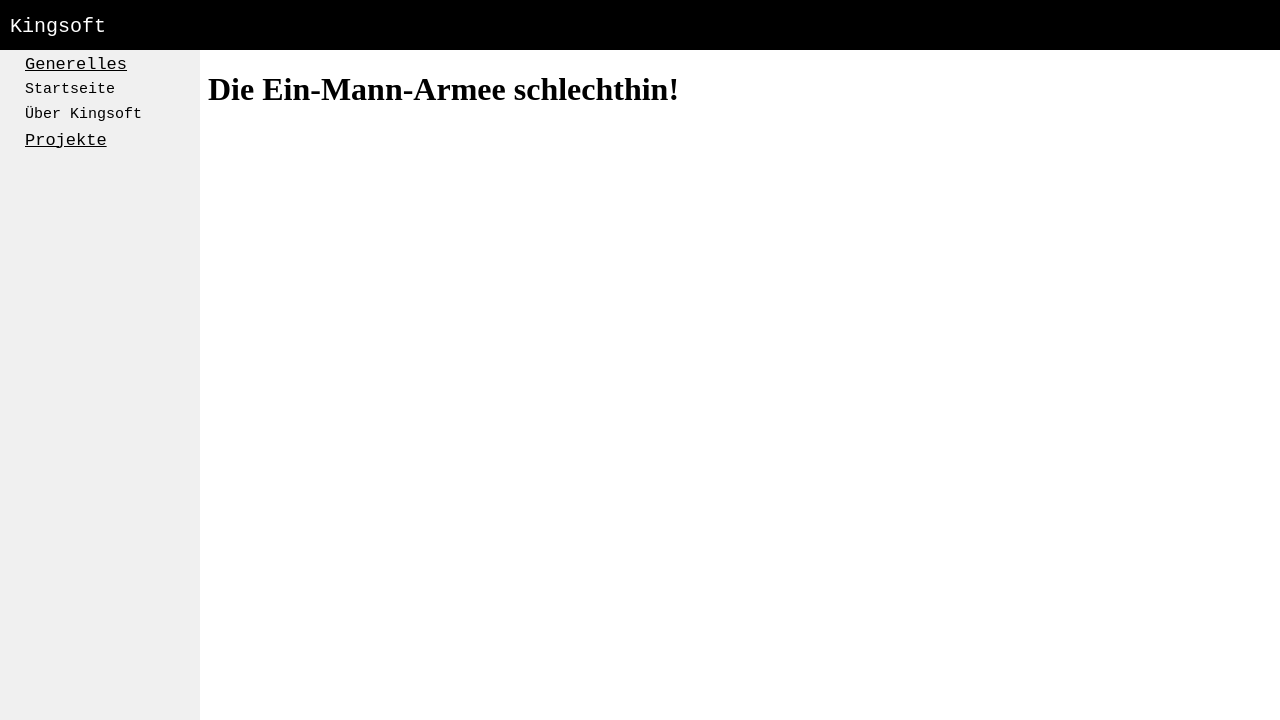
Repository: TimKral5/WikiPage
Page: Homepage/index.html
An editor plug-in stored every save of this project. The page is shown before and after the next save, followed by the edit.
The browser window is 1280 px wide. The pictures show the whole page.

Above is the page before, as saved 2022-11-11 09:36:00.

### Homepage/index.html
<!DOCTYPE html>
<html lang="en">

<head>
    <meta charset="UTF-8">
    <meta http-equiv="X-UA-Compatible" content="IE=edge">
    <meta name="viewport" content="width=device-width, initial-scale=1.0">
    <title>Kingsoft</title>

    <link rel="stylesheet" href="style.css">
    <link rel="stylesheet" href="ScrollbarAndNosellect.css">
    <script src="tab-system.js" defer></script>
</head>

<body>
    <div class="nav-top">
        <div class="title">Kingsoft</div>
        <!-- <a class="item" href="http://tim.krals.ch">About Me</a> -->
    </div>

    <div class="nav-side">
        <span>Generelles</span>
        <a href="#pages/home.htm">Startseite</a>
        <a href="#pages/about/about.htm">Über Kingsoft</a>
        <span>Projekte</span>
        </div>
    <div id="content" name="main" class="tabgroup">
        <iframe id="contents" src="" frameborder="0"></iframe>
    </div>
</body>

</html>

### Homepage/style.css
html, body {
    font-family: "Courier New";
}

body > div#content {
    position: absolute;
    top: 50px;
    left: 200px;
    right: 0px;
    bottom: 0px;
}

iframe#contents {
    position: absolute;
    top: 0px;
    left: 0px;
    bottom: 0px;
    right: 0px;

    width: 100%;
    height: 100%;
}

body > div.nav-side {
    position: absolute;
    top: 50px;
    left: 0px;
    bottom: 0px;
    width: 200px;
    background-color: rgb(240  240 240);
    overflow-y: scroll;
}

body > div.nav-top {
    position: absolute;
    top: 0px;
    left: 0px;
    right: 0px;
    height: 50px;
    display: flex;

    background-color: rgb(0 0 0);
}

div.nav-top > div.title {
    display: flex;
    color: rgb(255 255 255);
    align-content: center;
    width: max-content;
    padding-top: 15px;
    margin-left: 10px;
    font-size: 20px;
}

div.nav-top > a.item {
    display: flex;
    color: rgb(255 255 255);
    align-content: center;

    width: max-content;
    height: max-content;

    margin-top: 10px;
    margin-left: 10px;

    padding-top: 8.79px;
    padding-left: 15px;
    padding-right: 15px;
    padding-bottom: 7px;

    font-size: 15px;
    text-decoration: none;
    border-radius: 5px;

    -webkit-user-drag: none;
}

div.nav-top > a.item:hover {
    background-color: rgb(50 50 50);
}

div.nav-side > a {
    display: flex;
    color: rgb(0 0 0);
    align-content: center;

    position: relative;
    height: max-content;

    margin-left: 10px;
    margin-right: 10px;

    padding-top: 4.79px;
    padding-left: 15px;
    padding-right: 15px;
    padding-bottom: 3px;

    font-size: 15px;
    text-decoration: none;
    border-radius: 5px;

    -webkit-user-drag: none;
}

div.nav-side > span {
    display: flex;
    color: rgb(0 0 0);
    align-content: center;

    position: relative;
    height: max-content;

    margin-left: 10px;
    margin-right: 10px;
    margin-bottom: 2px;
    margin-top: 5px;

    padding-left: 15px;
    font-size: 17px;
    text-decoration: underline;
    word-spacing: -5px;
    text-align: center;
}

div.nav-side > a:hover {
    background-color: rgb(205 205 205);
}

### Homepage/ScrollbarAndNosellect.css
::-webkit-scrollbar {
    width: 13px;
}

::-webkit-scrollbar-track {
    background: transparent;
}

::-webkit-scrollbar-thumb {
    background: rgb(30, 30, 30);
    border-radius: 5px;
}

::-webkit-full-screen {
    /*background-color: black;*/
}

html,
body {
    -webkit-user-select: none;
    -webkit-touch-callout: none;
    -moz-user-select: none;
    -ms-user-select: none;
    user-select: none;

}

### Homepage/tab-system.js
(() => {
    document.getElementById('contents').src =
    window.location.hash == "" ? "pages/home.htm" : window.location.hash.replace("#", "");
    window.addEventListener("hashchange", () => parent.location.reload());
})();

### Homepage/pages/home.htm
<!DOCTYPE html>
<html lang="en">

<head>
    <meta charset="UTF-8">
    <meta http-equiv="X-UA-Compatible" content="IE=edge">
    <meta name="viewport" content="width=device-width, initial-scale=1.0">
    <title>Test</title>
</head>

<body>
    <h1>Die Ein-Mann-Armee schlechthin!</h1>
</body>
</html>

After the next save:
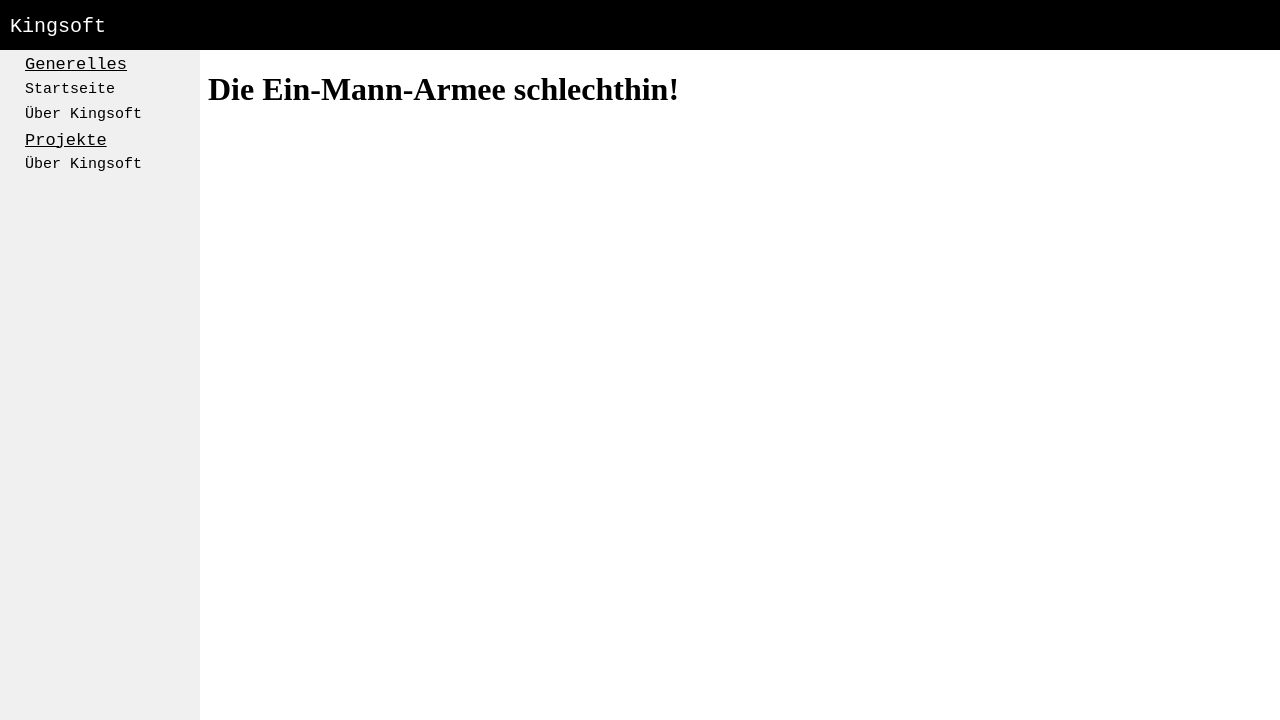
Saved 20 s later.
--- a/Homepage/index.html
+++ b/Homepage/index.html
@@ -23,6 +23,7 @@
         <a href="#pages/home.htm">Startseite</a>
         <a href="#pages/about/about.htm">Über Kingsoft</a>
         <span>Projekte</span>
+        <a href="#pages/about/about.htm">Über Kingsoft</a>
         </div>
     <div id="content" name="main" class="tabgroup">
         <iframe id="contents" src="" frameborder="0"></iframe>
